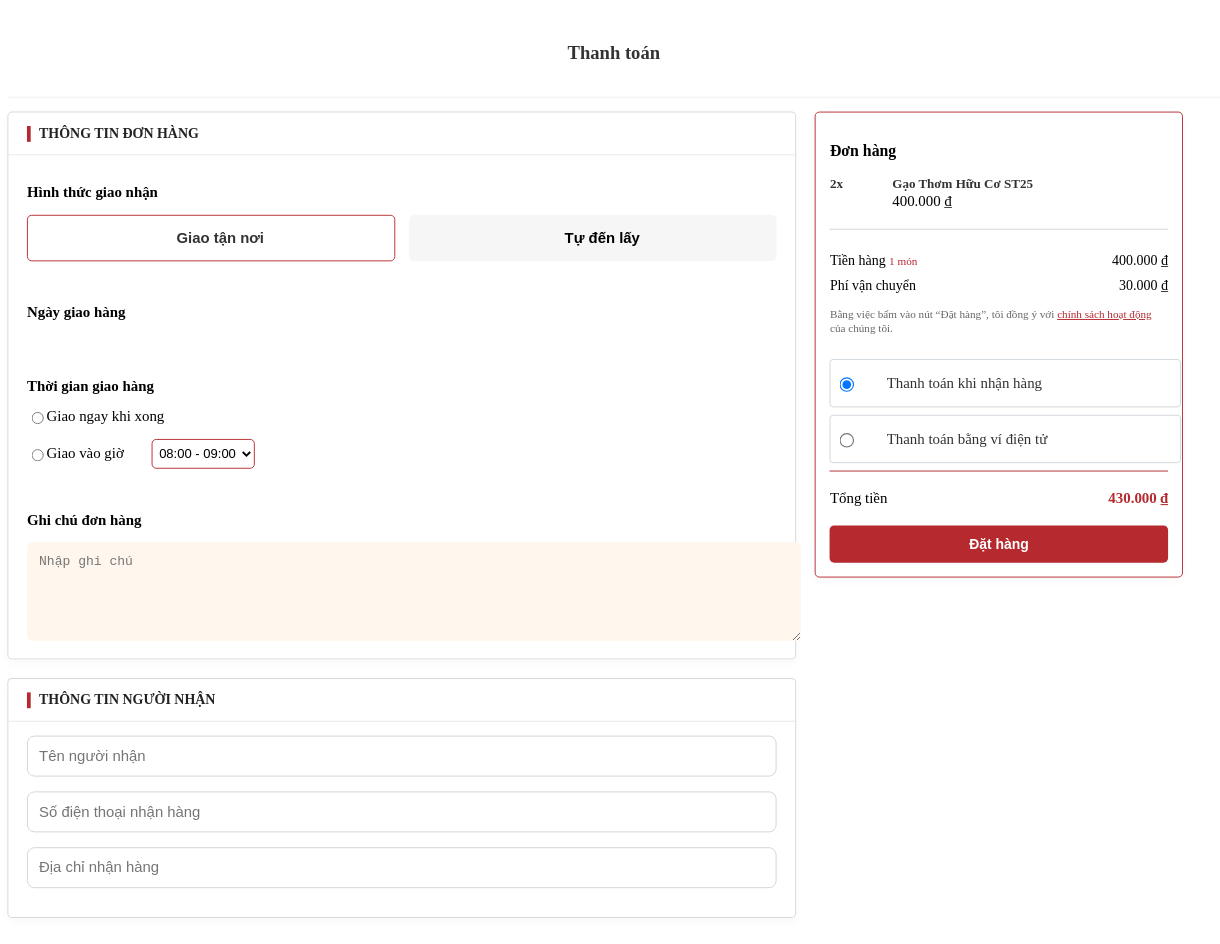
Repository: tqchuong/project_giuaky_ltw
Page: html/checkout.html
The author's editor kept a copy of each file at every save. The page is drawn from the files as they stood at one save, then again after the next save.
The browser window is 1280 px wide. The page is 1312 px wide, so the pictures cover 1312 px, including what lies to the right of the window. The pictures show the whole page, at 93% of full size.
Some icons come from a web library that is not loaded, so they are not drawn.

Above is the page before, as saved 2024-11-15 23:30:36.
Console error: ReferenceError: $ is not defined

After the next save:
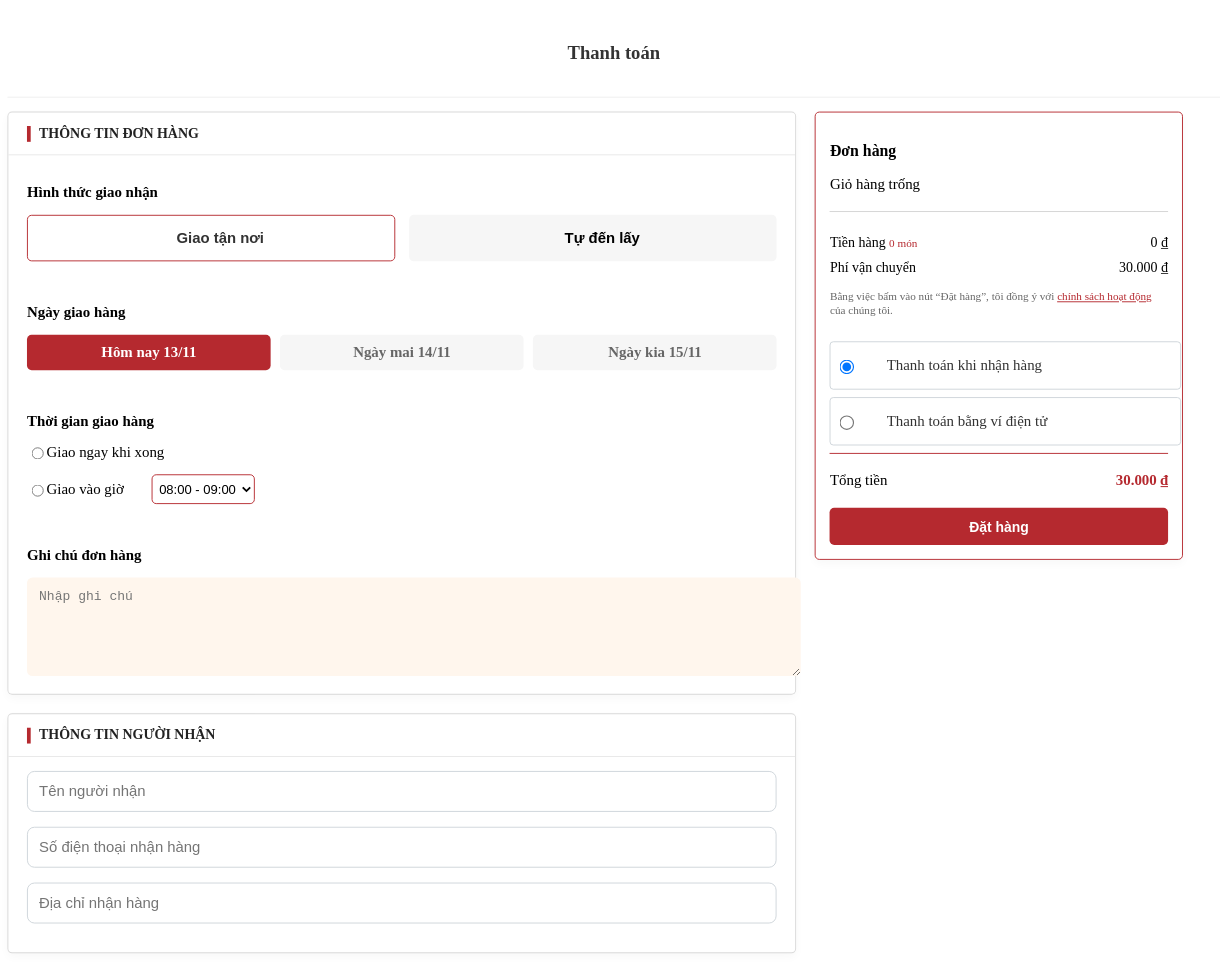
Saved 13 s later.
--- a/js/checkout.js
+++ b/js/checkout.js
@@ -33,10 +33,89 @@
     });
 }
 
-
-
-
-
+// Hàm hiển thị sản phẩm trong giỏ hàng
+function showProductCart() {
+    let cart = JSON.parse(localStorage.getItem('cart')) || [];
+    let listOrder = document.getElementById("list-order-checkout");
+    let listOrderHtml = '';
+
+    if (cart.length > 0) {
+        cart.forEach(item => {
+            listOrderHtml += `
+            <div class="food-total">
+                <div class="count">${item.quantity}x</div>
+                <div class="info-food">
+                    <div class="name-food">${item.title}</div>
+                    <div class="price">${vnd(item.price * item.quantity)}</div>
+                </div>
+            </div>`;
+        });
+    } else {
+        listOrderHtml = '<p>Giỏ hàng trống</p>';
+    }
+
+    listOrder.innerHTML = listOrderHtml;
+}
+
+// Hàm tính và hiển thị tổng giá trị đơn hàng
+function thanhtoanpage() {
+    setupDeliveryDates();
+    showProductCart();
+
+    let cart = JSON.parse(localStorage.getItem('cart')) || [];
+    let totalCart = cart.reduce((total, item) => total + item.price * item.quantity, 0);
+
+    let totalBillOrder = document.querySelector('.total-bill-order');
+    totalBillOrder.innerHTML = `
+        <div class="priceFlx">
+            <div class="text">Tiền hàng <span class="count">${cart.length} món</span></div>
+            <div class="price-detail"><span id="checkout-cart-total">${vnd(totalCart)}</span></div>
+        </div>
+        <div class="priceFlx chk-ship">
+            <div class="text">Phí vận chuyển</div>
+            <div class="price-detail chk-free-ship"><span>${vnd(PHIVANCHUYEN)}</span></div>
+        </div>`;
+
+    priceFinal.innerText = vnd(totalCart + PHIVANCHUYEN);
+    setupDeliveryMethod();
+}
+
+// Cấu hình phương thức giao hàng
+function setupDeliveryMethod() {
+    let giaotannoi = document.querySelector('#giaotannoi');
+    let tudenlay = document.querySelector('#tudenlay');
+    let tudenlayGroup = document.querySelector('#tudenlay-group');
+    let chkShip = document.querySelectorAll(".chk-ship");
+
+    tudenlay.addEventListener('click', () => {
+        giaotannoi.classList.remove("active");
+        tudenlay.classList.add("active");
+        chkShip.forEach(item => item.style.display = "none");
+        tudenlayGroup.style.display = "block";
+        updateTotalPrice(false);
+    });
+
+    giaotannoi.addEventListener('click', () => {
+        tudenlay.classList.remove("active");
+        giaotannoi.classList.add("active");
+        tudenlayGroup.style.display = "none";
+        chkShip.forEach(item => item.style.display = "flex");
+        updateTotalPrice(true);
+    });
+
+    document.querySelector(".complete-checkout-btn").onclick = () => xulyDathang();
+}
+
+// Cập nhật tổng giá khi thay đổi phương thức giao hàng
+function updateTotalPrice(includeShipping) {
+    let cart = JSON.parse(localStorage.getItem('cart')) || [];
+    let totalCart = cart.reduce((total, item) => total + item.price * item.quantity, 0);
+
+    if (includeShipping) {
+        totalCart += PHIVANCHUYEN;
+    }
+    priceFinal.innerText = vnd(totalCart);
+}
 
 // Xử lý khi đặt hàng
 function xulyDathang() {
@@ -119,3 +198,14 @@
     alert("Đặt hàng thành công!");
     window.location.href = "home.html"; // Quay về trang chủ sau khi đặt hàng
 }
+
+
+// Hàm chuyển đổi giá sang định dạng VND
+function vnd(price) {
+    return price.toLocaleString('vi-VN', { style: 'currency', currency: 'VND' });
+}
+
+// Khởi tạo trang thanh toán khi DOM sẵn sàng
+document.addEventListener("DOMContentLoaded", function() {
+    thanhtoanpage();
+});

After the save that followed:
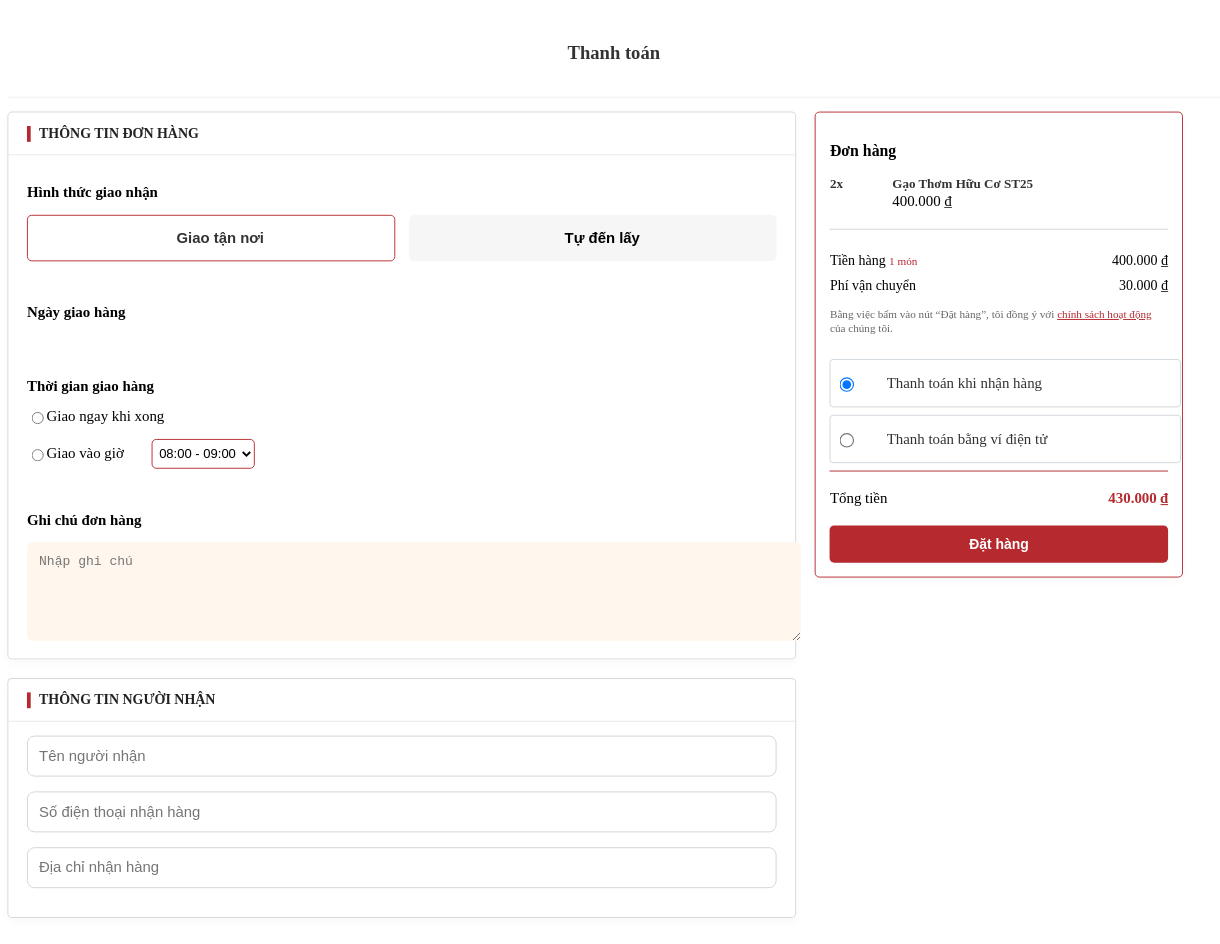
Saved 48 s later.
--- a/js/checkout.js
+++ b/js/checkout.js
@@ -33,52 +33,7 @@
     });
 }
 
-// Hàm hiển thị sản phẩm trong giỏ hàng
-function showProductCart() {
-    let cart = JSON.parse(localStorage.getItem('cart')) || [];
-    let listOrder = document.getElementById("list-order-checkout");
-    let listOrderHtml = '';
 
-    if (cart.length > 0) {
-        cart.forEach(item => {
-            listOrderHtml += `
-            <div class="food-total">
-                <div class="count">${item.quantity}x</div>
-                <div class="info-food">
-                    <div class="name-food">${item.title}</div>
-                    <div class="price">${vnd(item.price * item.quantity)}</div>
-                </div>
-            </div>`;
-        });
-    } else {
-        listOrderHtml = '<p>Giỏ hàng trống</p>';
-    }
-
-    listOrder.innerHTML = listOrderHtml;
-}
-
-// Hàm tính và hiển thị tổng giá trị đơn hàng
-function thanhtoanpage() {
-    setupDeliveryDates();
-    showProductCart();
-
-    let cart = JSON.parse(localStorage.getItem('cart')) || [];
-    let totalCart = cart.reduce((total, item) => total + item.price * item.quantity, 0);
-
-    let totalBillOrder = document.querySelector('.total-bill-order');
-    totalBillOrder.innerHTML = `
-        <div class="priceFlx">
-            <div class="text">Tiền hàng <span class="count">${cart.length} món</span></div>
-            <div class="price-detail"><span id="checkout-cart-total">${vnd(totalCart)}</span></div>
-        </div>
-        <div class="priceFlx chk-ship">
-            <div class="text">Phí vận chuyển</div>
-            <div class="price-detail chk-free-ship"><span>${vnd(PHIVANCHUYEN)}</span></div>
-        </div>`;
-
-    priceFinal.innerText = vnd(totalCart + PHIVANCHUYEN);
-    setupDeliveryMethod();
-}
 
 // Cấu hình phương thức giao hàng
 function setupDeliveryMethod() {
@@ -198,14 +153,3 @@
     alert("Đặt hàng thành công!");
     window.location.href = "home.html"; // Quay về trang chủ sau khi đặt hàng
 }
-
-
-// Hàm chuyển đổi giá sang định dạng VND
-function vnd(price) {
-    return price.toLocaleString('vi-VN', { style: 'currency', currency: 'VND' });
-}
-
-// Khởi tạo trang thanh toán khi DOM sẵn sàng
-document.addEventListener("DOMContentLoaded", function() {
-    thanhtoanpage();
-});
